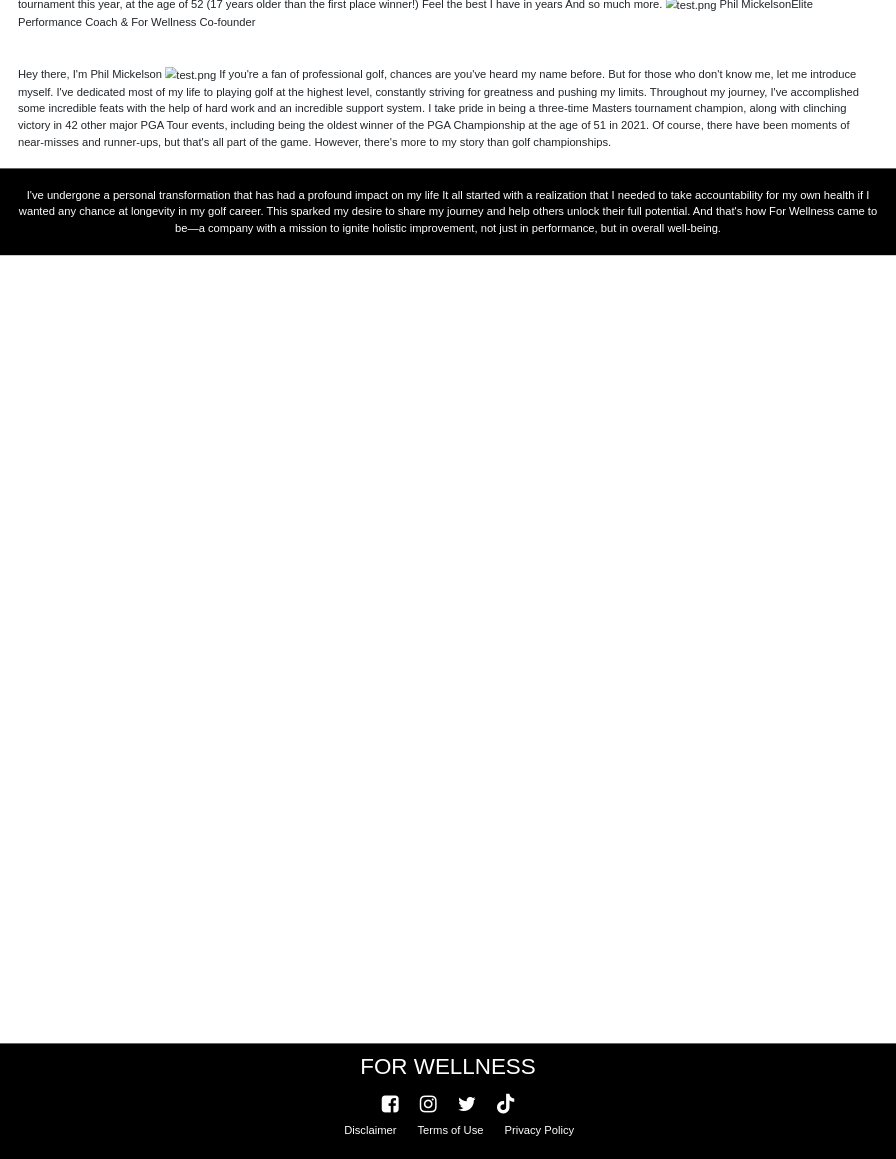
Repository: dariusprince90/wellness-landing
Page: index.html
The author's editor kept a copy of each file at every save. The page is drawn from the files as they stood at one save, then again after the next save.
The browser window is 1280 px wide. The pictures show the part of the page from y = 1432 to 3352 px (the page is 3088 px tall before and 3352 px after), at 70% of full size.

Above is the page before, as saved 2023-07-26 09:54:15.

After the next save:
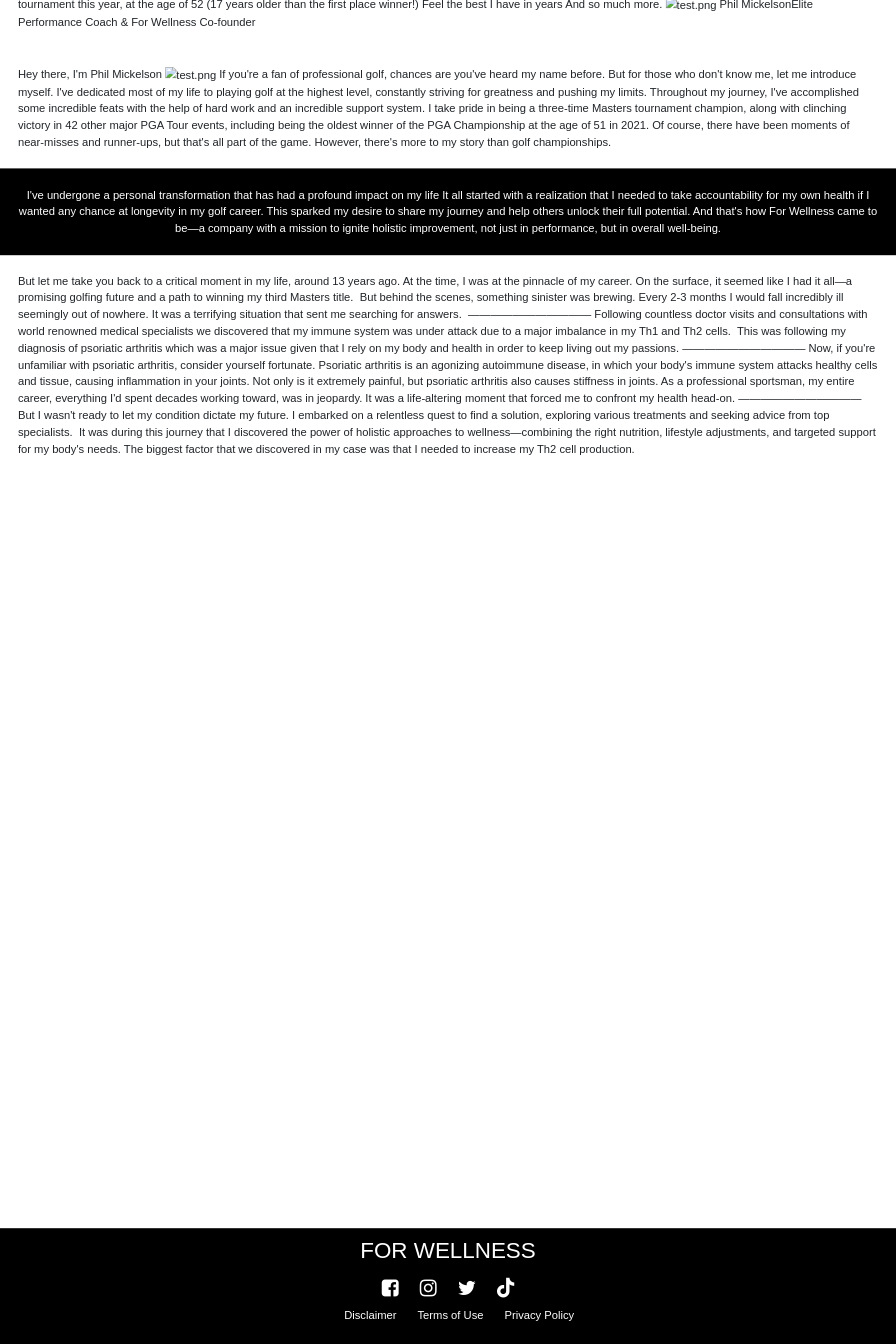
Saved 4 min 33 s later.
--- a/index.html
+++ b/index.html
@@ -253,7 +253,50 @@
 And that's how For Wellness came to be—a company with a mission to ignite holistic improvement, not just in performance, but in overall well-being.
     </section>
 
-    <section class="s-00#-text">
+    <section class="s-013-text">
+        But let me take you back to a critical moment
+in my life, around 13 years ago.
+
+At the time, I was at the pinnacle of my career.
+
+On the surface, it seemed like I had it all—a promising golfing future and a path to winning my third Masters title.
+
+But behind the scenes, something sinister was brewing.
+
+Every 2-3 months I would fall incredibly ill seemingly out of nowhere.
+
+It was a terrifying situation that sent me searching for answers.
+———————————
+
+Following countless doctor visits and consultations with world renowned medical specialists we discovered that my immune system was under attack due to a major imbalance in my Th1 and Th2 cells.
+
+This was following my diagnosis of psoriatic arthritis which was a major issue given that I rely on my body and health in order to keep living out my passions.
+
+———————————
+
+Now, if you're unfamiliar with psoriatic arthritis, consider yourself fortunate.
+
+Psoriatic arthritis is an agonizing autoimmune disease, in which your body's immune system attacks healthy cells and tissue, causing inflammation in your joints.
+
+Not only is it extremely painful, but psoriatic arthritis also causes stiffness in joints.
+
+As a professional sportsman, my entire career, everything I'd spent decades working toward, was in jeopardy.
+
+
+It was a life-altering moment that forced me
+to confront my health head-on.
+
+———————————
+
+But I wasn't ready to let my condition dictate my future.
+
+I embarked on a relentless quest to find a solution, exploring various treatments and seeking advice from top specialists.
+
+It was during this journey that I discovered the power of holistic approaches to wellness—combining the right nutrition, lifestyle adjustments, and targeted support for my body's needs.
+
+The biggest factor that we discovered in my case was that I needed to increase my Th2 cell production.
+
+
     </section>
     <section class="s-00#-text">
     </section>
